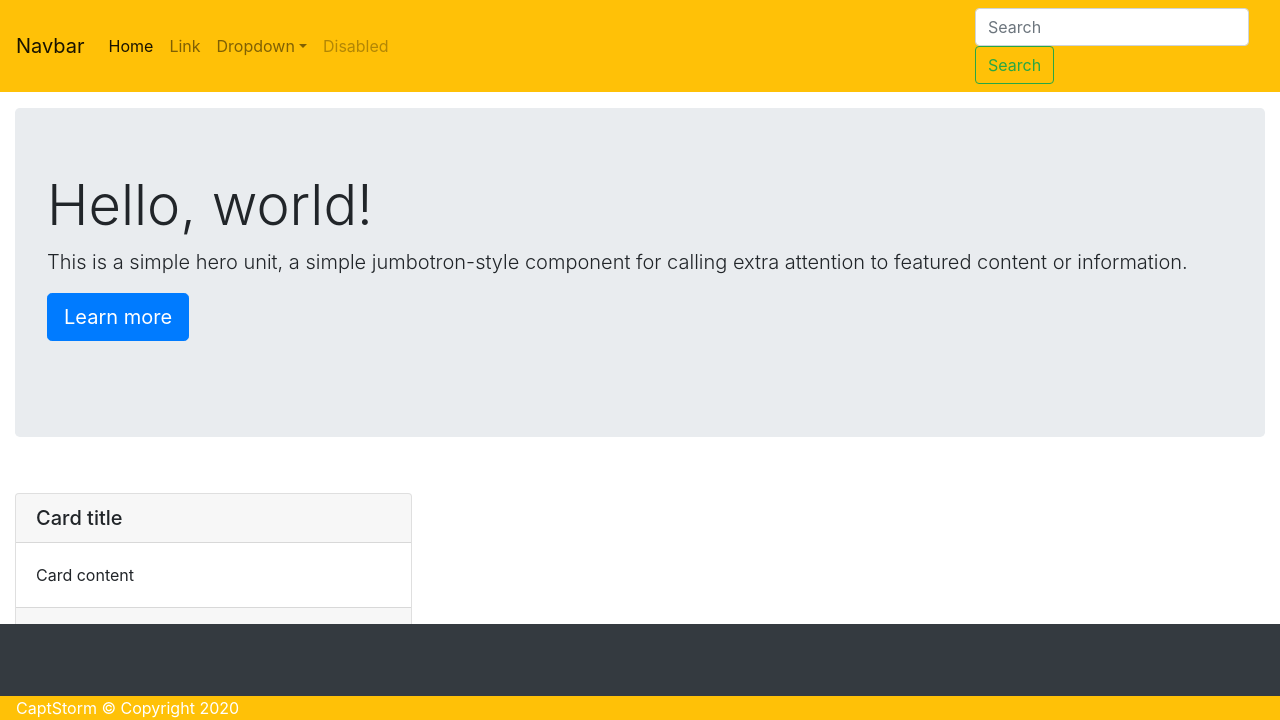
Repository: CaptainStorm21/complete-react16-bootstrap-passing-props
Page: /
An editor plug-in stored every save of this project. The page is shown before and after the next save, followed by the edit.
The browser window is 1280 px wide. The pictures show the whole page.
The project was rebuilt for these pictures with package versions that can differ from the ones it lists, and the page was loaded fresh each time.

Above is the page before, as saved 2020-04-23 14:25:26.

After the next save:
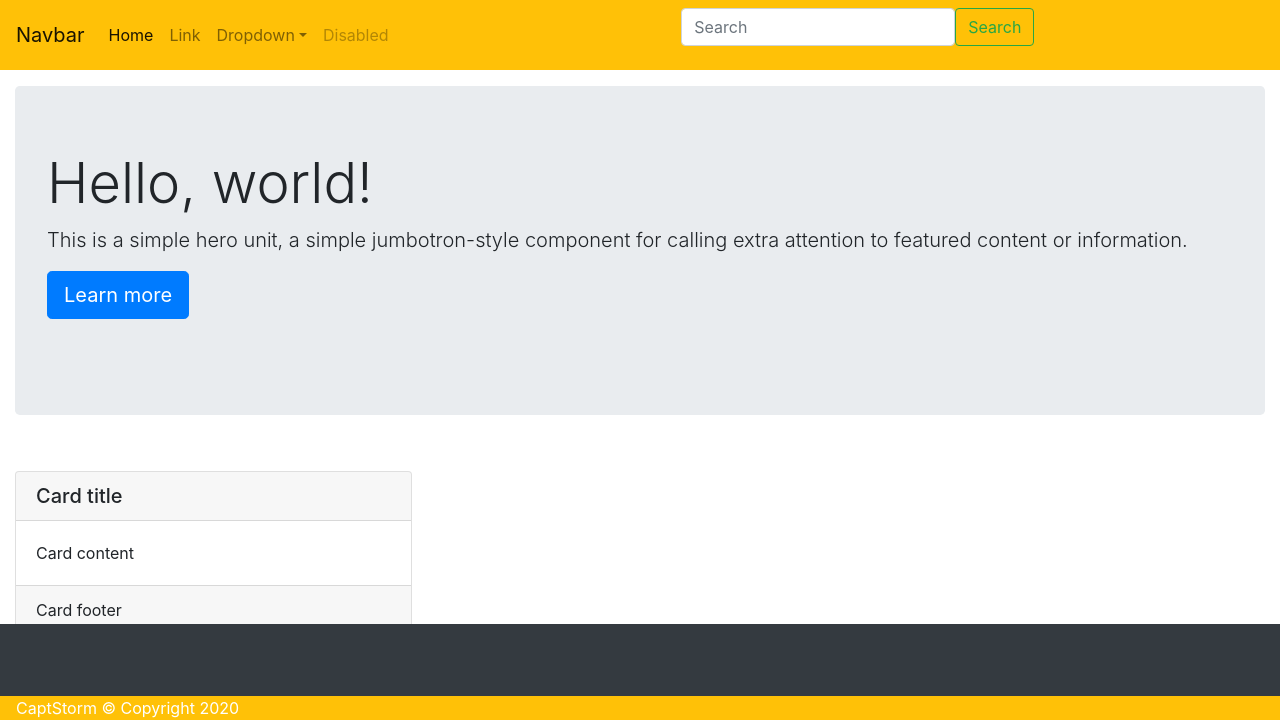
Saved 57 s later.
--- a/src/components/layout/Navbar.js
+++ b/src/components/layout/Navbar.js
@@ -32,8 +32,8 @@ function Navbar() {
               <a className="nav-link disabled" href="/">Disabled</a>
             </li>
           </ul>
-          <div className = "pull-right">
-          <div className = "col-2">
+          <div class="input-group mb-3">
+  <div class="input-group-append">
           <form className="form-inline ">
             <input className="form-control " type="search" placeholder="Search" aria-label="Search" />
             <button className="btn btn-outline-success" type="submit">Search</button>
